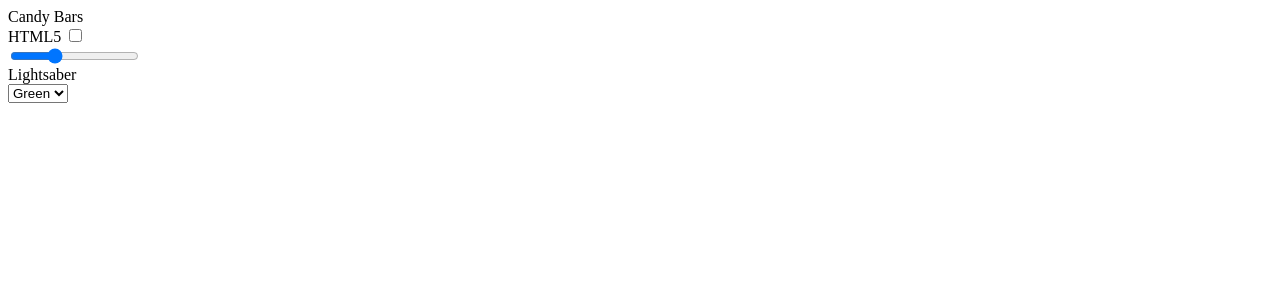
Repository: geof379/phoenix
Page: www/templates/setting.html
An editor plug-in stored every save of this project. The page is shown before and after the next save, followed by the edit.
The browser window is 1280 px wide. The pictures show the whole page.

Above is the page before, as saved 2017-04-17 13:51:31.

### www/templates/setting.html
<ion-view view-title="Settings" ng-controller="AppCtrl">
    <ion-content>
        <div class="list">

            <div class="item item-divider"> Candy Bars </div>
            <div class="item item-toggle">
                HTML5
                <label class="toggle">
                    <input type="checkbox">
                    <div class="track">
                        <div class="handle"></div>
                    </div>
                </label>
            </div>
            <div class="item range">
                <i class="icon ion-ios-sunny-outline"></i>
                <input type="range" name="volume" min="0" max="100" value="33">
                <i class="icon ion-ios-sunny"></i>
            </div>
            <label class="item item-input item-select">
    <div class="input-label">
      Lightsaber
    </div>
    <select>
      <option>Blue</option>
      <option selected>Green</option>
      <option>Red</option>
    </select>
  </label>
    </ion-content>
</ion-view>

After the next save:
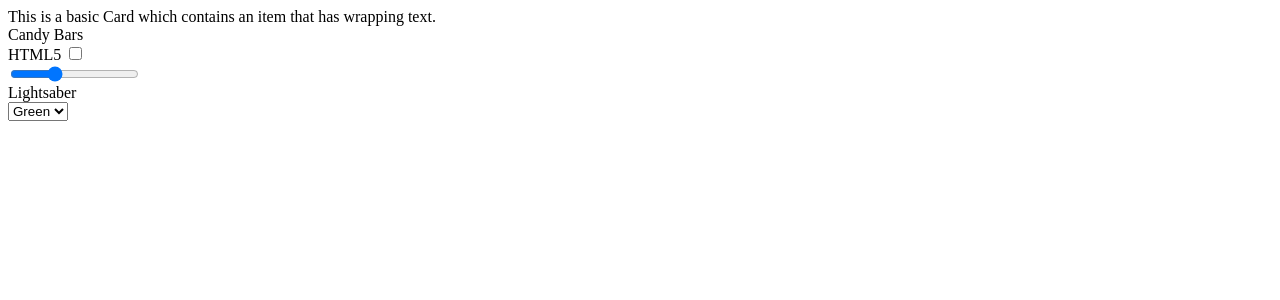
Saved 2 min 37 s later.
--- a/www/templates/setting.html
+++ b/www/templates/setting.html
@@ -1,5 +1,11 @@
 <ion-view view-title="Settings" ng-controller="AppCtrl">
     <ion-content>
+
+        <div class="card">
+  <div class="item item-text-wrap">
+    This is a basic Card which contains an item that has wrapping text.
+  </div>
+</div>
         <div class="list">
 
             <div class="item item-divider"> Candy Bars </div>
